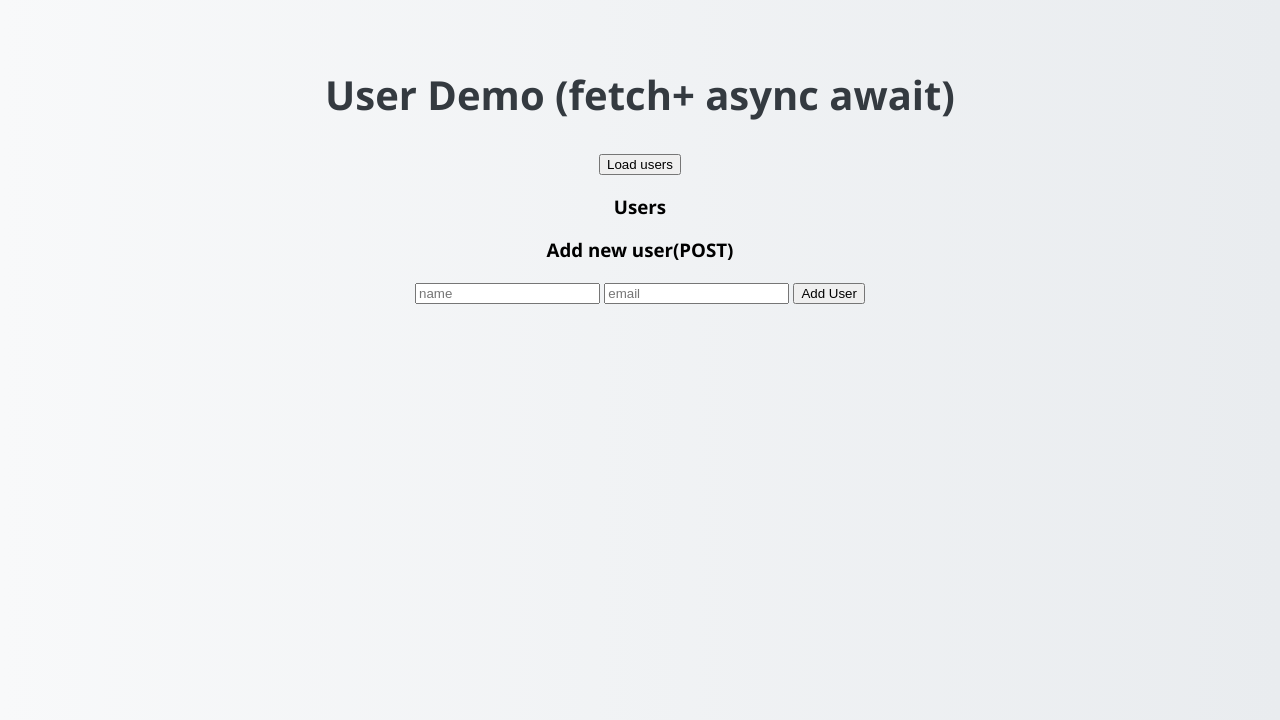
Repository: SiddhantNagaria/Genpact-Training
Page: Java Training/08 first-webmvc/src/main/resources/static/about.html
The author's editor kept a copy of each file at every save. The page is drawn from the files as they stood at one save, then again after the next save.
The browser window is 1280 px wide. The pictures show the whole page.

Above is the page before, as saved 2025-11-18 04:48:45.
Console error: TypeError: Cannot read properties of null (reading 'addEventListener')

After the next save:
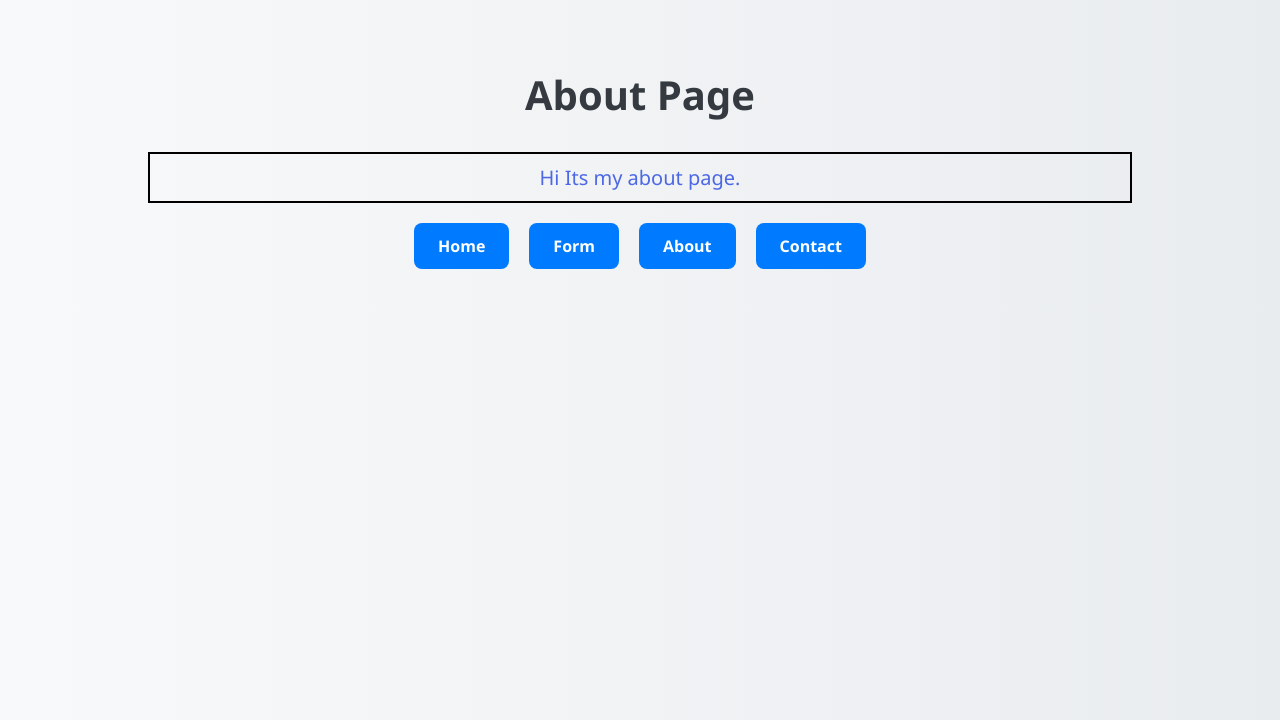
The error is gone.
Saved 17 s later.
--- a/Java Training/08 first-webmvc/src/main/resources/static/about.html
+++ b/Java Training/08 first-webmvc/src/main/resources/static/about.html
@@ -1,72 +1,21 @@
 <!DOCTYPE html>
 <html>
 <head>
-<meta charset="ISO-8859-1">
-<title>User form</title>
+<title>About</title>
 <link rel="stylesheet" href="/css/style.css">
 </head>
 <body>
-
-	<!-- <h1>Welcome to first web page using Spring boot</h1>
-	<br> <br>
+	<h1>About Page</h1>
+	<div
+		style="width: 80%; font-size: 20px; color: #4C68E4; margin: auto; padding: 10px; border: 2px solid black;">
+		Hi Its my about page.
+	</div>
 	<div class="nav-links">
-	<a href='/'>Home</a>
-	<a href='/form'>Form</a>
-	<a href='/formTag'>Form JSP</a>
-	<a href='/about'>About</a>
-	<a href='/contact'>Contact</a>
-	</div> -->
-
-	<!-- <h1>DOM, Events, Query Methods and Listeners</h1>
-	<div id="controls">
-		<button id="btn-hello" class="btn">Say Hello</button>
-		<button id="btn-add" class="btn">Add Item</button>
-		<button id="btn-toggle" class="btn">Toggle Input</button>
+		<a href='/'>Home</a>
+		<a href='/form'>Form</a>
+		 <a href='/about'>About</a>
+		<a href='/contact'>Contact</a>
 	</div>
 
-	<form id="demo-form">
-		<label for="text-input">Input Something</label> <input id="text-input"
-			type="text" />
-		<button id="submit-btn" class="btn" type="submit">Submit</button>
-	</form>
-	<ul id="items-list">
-		<li class="item">Item A</li>
-		<li class="item">Item B</li>
-	</ul>
-
-
-
-	<div id="Todo">
-		<h2>To Do List</h2>
-		<input type="text" id="todoInput" placeholder="type task" />
-		<button onClick="addTodo()">Add</button>
-		<ul id="todoList">
-			<li class="todoItem">Task A</li>
-		</ul>
-	</div>
-
-		<div class="log" id="log"></div>
- -->
-
-
-
-
-	<h1>User Demo (fetch+ async await)</h1>
-	<button id="btnLoad">Load users</button>
-	<div id="status"></div>
-	<h3>Users</h3>
-	<ul id="userslist"></ul>
-
-	<h3>Add new user(POST)</h3>
-
-	<form action="" id="addForm">
-		<input id="name" type="text" placeholder="name" required> <input
-			id="email" type="email" placeholder="email" required>
-		<button type="submit">Add User</button>
-	</form>
-
-	<div id="result"></div>
-
-	<script src="js/app2.js"></script>
 </body>
 </html>
